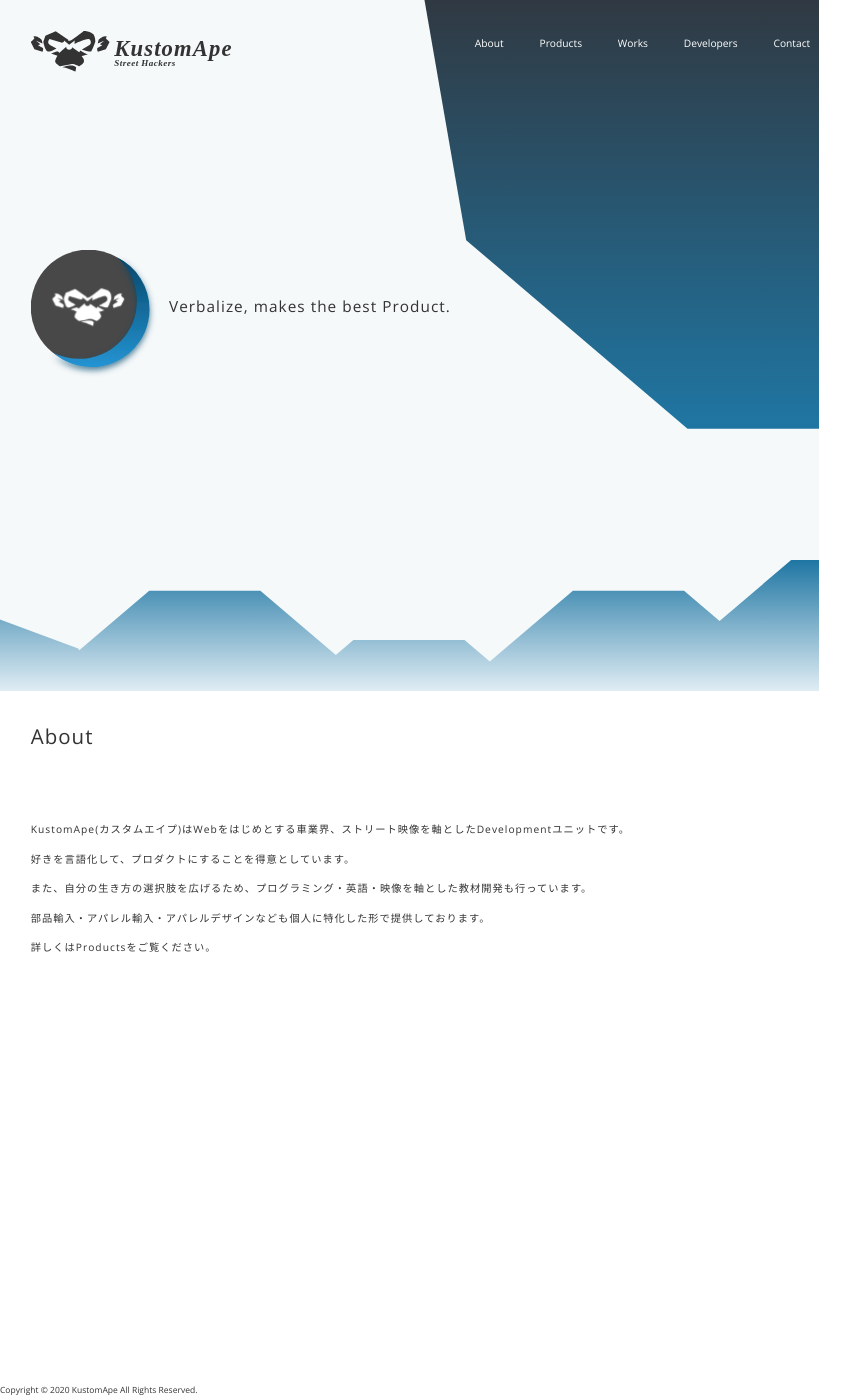
Repository: AirDepot/web
Page: index.html
These files come from the project's save history. The page is drawn as it stood at one moment and after the next save; the edit follows.
The browser window is 1280 px wide. The page is 1328 px wide, so the pictures cover 1328 px, including what lies to the right of the window. The pictures show the whole page, at 64% of full size.

Above is the page before, as saved 2020-02-11 23:20:21.

### index.html
<!DOCTYPE html>
<html lang="ja">
    <head>
        <meta charset="UTF-8">
        <link href="https://fonts.googleapis.com/css?family=Open+Sans:100,300,400,600" rel="stylesheet" type="text/css">
        <link href="http://code.ionicframework.com/ionicons/2.0.1/css/ionicons.min.css" rel="stylesheet" type="text/css">
        <link type="text/css" rel="stylesheet" href="./assets/css/common.css">
        <title>KustomApe</title>
    </head>
    <body>
        <div id="wrap">
            <div id="home">
                <header id="header">
                    <h1 id="logo"><a href="#home"><img src="./assets/img/main_logo.svg" alt="KustomApe"></a></h1>
                    <nav id="nav">
                        <ul id="navigations">
                            <li><a href="#about">About</a></li>
                            <li><a href="#products">Products</a></li>
                            <li><a href="#works">Works</a></li>
                            <li><a href="#hackers">Developers</a></li>
                            <li><a href="#contact">Contact</a></li>
                        </ul>
                    </nav>
                </header>
                <div id="header_contents">
                    <p id="ape_icon"><img src="./assets/img/ape_icon.svg" alt="Apeのアイコン画像"></p>
                    <h2 id="concept">Verbalize, makes the best Product.</h2>
                </div>
            </div>
            <div id="about">
                <h3>About</h3>
                <p id="about_kustomape">KustomApe(カスタムエイプ)はWebをはじめとする車業界、ストリート映像を軸としたDevelopmentユニットです。<br /><br/>
                好きを言語化して、プロダクトにすることを得意としています。<br /><br/>
                また、自分の生き方の選択肢を広げるため、プログラミング・英語・映像を軸とした教材開発も行っています。<br /><br/>
                部品輸入・アパレル輸入・アパレルデザインなども個人に特化した形で提供しております。<br /><br/>
                詳しくはProductsをご覧ください。</p>
            </div>
            <div id="products">

            </div>
            <div id="works">

            </div>
            <div id="developers">

            </div>
            <div id="contact">

            </div>
            <footer>
                <small>Copyright &copy; 2020 KustomApe All Rights Reserved.</small>
            </footer>
        </div>
    </body>
</html>

### assets/css/common.css
/**********************************************
*** GENERAL
**********************************************/

* {
    margin: 0;
    padding: 0;
    box-sizing: border-box;
}

.clearfix::after {
    content: "";
    display: table;
    clear: both;
}

body {
    color: #333;
    font-family: Open Sans, Arial, Helvetica, sans-serif;
}

ul {
    list-style: none;
}

a {
    text-decoration: none;
}

div#wrap {
    margin-top: -3rem;
}

div#home {
    width: 100%;
    height: 1080px;
    background-image: url(../img/wrap_bg.svg);
    background-position: center top;
    background-repeat: no-repeat;
    background-size: cover;
}

header#header {
    width: 100%;
    height: 150px;
    margin-left: 3rem;
}

header#header h1#logo {
    width: 500px;
    margin-top: 3rem;
}

h1#logo img {
    margin-top: 3rem;
    width: 350px;
}

nav#nav {
    margin-top: -4rem;
}

nav#nav ul#navigations {
    display: flex;
    justify-content: center;
    align-items: center;
    list-style: none;
    margin-left: 43rem;
}

nav#nav ul#navigations li {
    padding-right: 3.5rem;
}

nav#nav ul#navigations li a {
    color: #fff;
}

div#header_contents {
    display: inline-flex;
    margin-left: 3rem;
    padding: 15rem 0;
}

div#header_contents h2#concept {
    padding: 4.5rem 1rem;
    letter-spacing: 0.1rem;
    font-weight: 100;
    font-size: 1.5rem;
}

div#header_contents p#ape_icon img {
    width: 200px;
}

div#about {
    width: 100%;
    height: 1080px;
}

div#about h3 {
    font-size: 2rem;
    font-weight: 500;
    padding-top: 3rem;
    margin-left: 3rem;
    letter-spacing: 0.1rem;
}

div#about p#about_kustomape {
    padding-top: 7rem;
    margin-left: 3rem;
    font-size: 1rem;
    letter-spacing: 0.1rem;
}

After the next save:
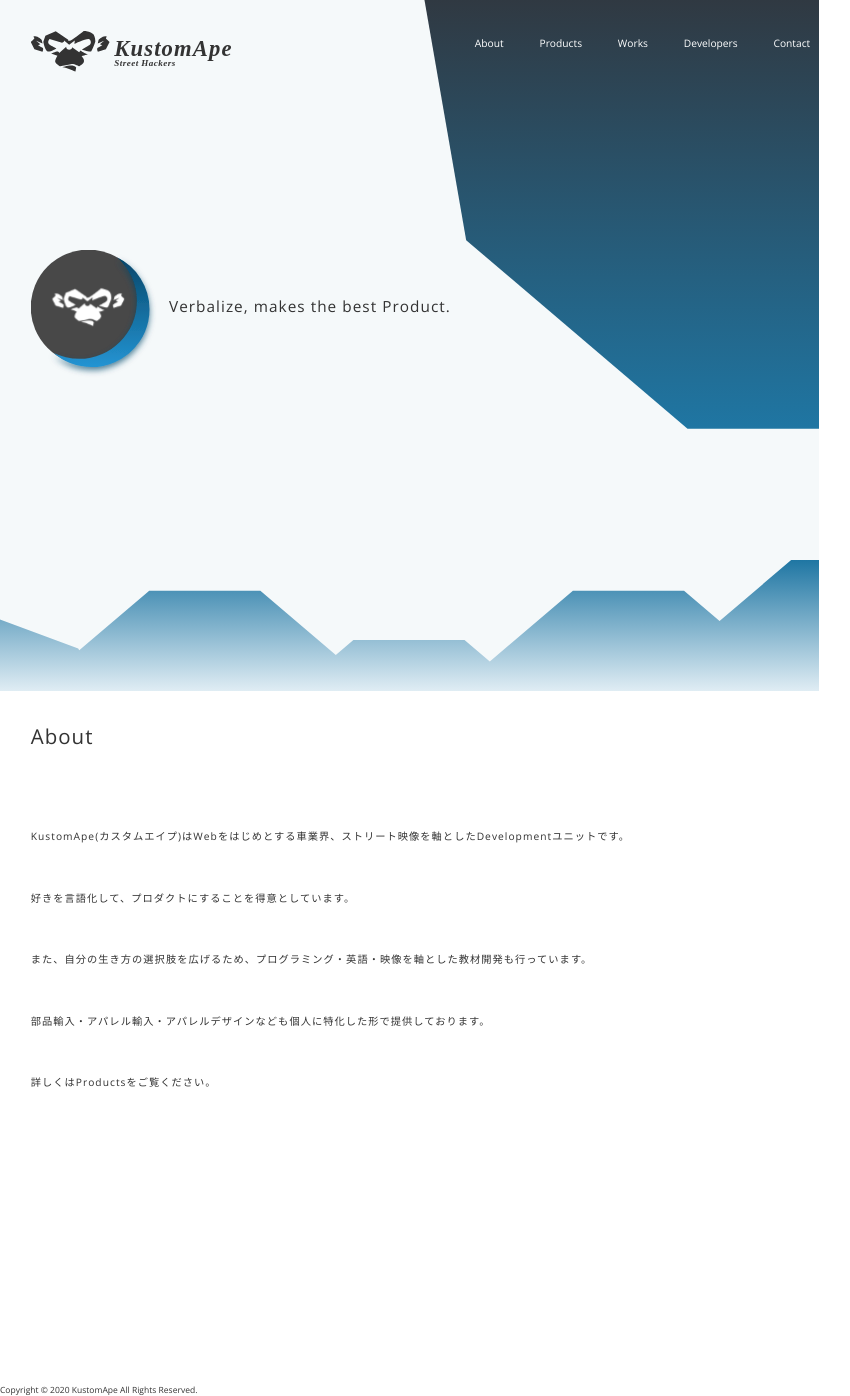
Saved 10 s later.
--- a/assets/css/common.css
+++ b/assets/css/common.css
@@ -111,4 +111,5 @@ div#about p#about_kustomape {
     margin-left: 3rem;
     font-size: 1rem;
     letter-spacing: 0.1rem;
+    line-height: 3rem;
 }
